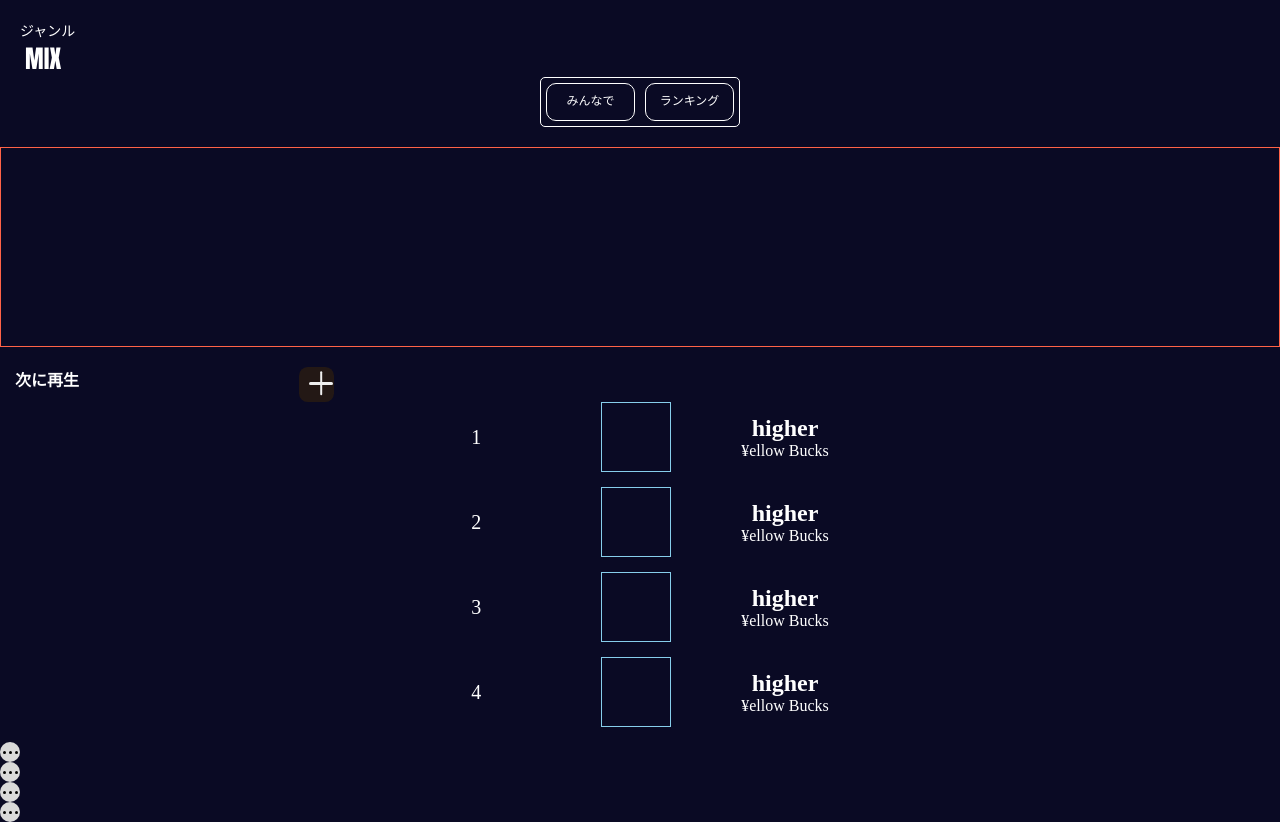
Repository: FujieRyou/2024_team
Page: /LoggedIn
These files come from the project's save history. The page is drawn as it stood at one moment and after the next save; the edit follows.
The browser window is 1280 px wide. The pictures show the whole page.
The project was rebuilt for these pictures with package versions that can differ from the ones it lists, and the page was loaded fresh each time. The framework's server and built-in components were replaced by stand-ins that run in the browser. Also part of the build but not shown: next.config.js.

Above is the page before, as saved 2024-01-10 10:01:50.

After the next save:
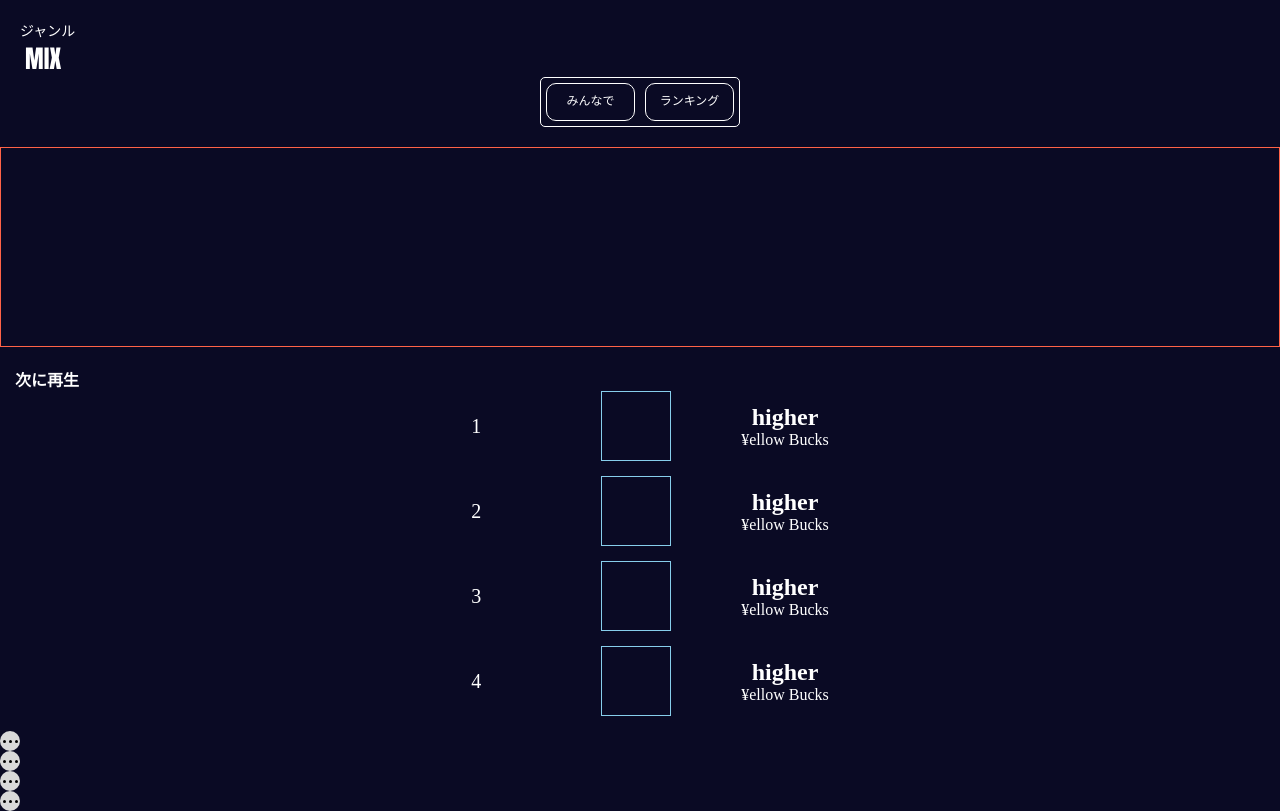
Saved 6 s later.
--- a/src/pages/LoggedIn.jsx
+++ b/src/pages/LoggedIn.jsx
@@ -21,10 +21,6 @@ function LoggedIn (){
     <div id="maincontent_wrap">
         <div id="addition_wrap">
                 <h2 class="addition">次に再生</h2>
-                <div id="plus_btn">
-                    <span class="dli-plus"></span>
-                    <span class="back"></span>
-                </div>
         </div>
         <div id="songContent_wrap">
             <p class="song_num">1</p>
